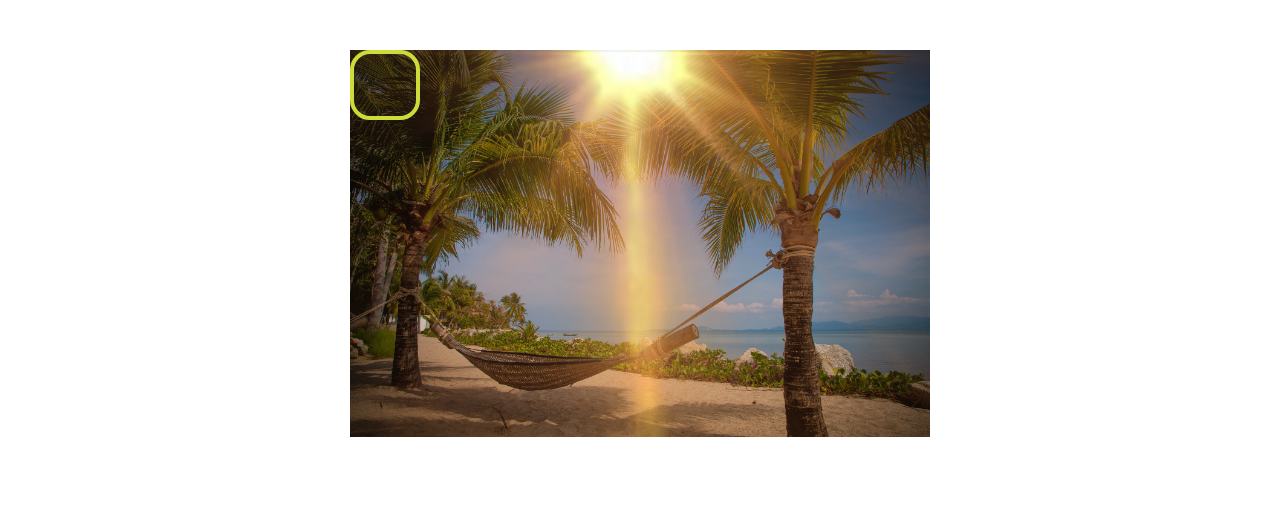
Repository: NadiaSchmitz/wetter.githab.io
Page: index.html
The author's editor kept a record of every edit. The page is drawn from the files as they stood at one moment, then again after the next edit.
The browser window is 1280 px wide. The pictures show the whole page.

Above is the page before.

After the next edit:
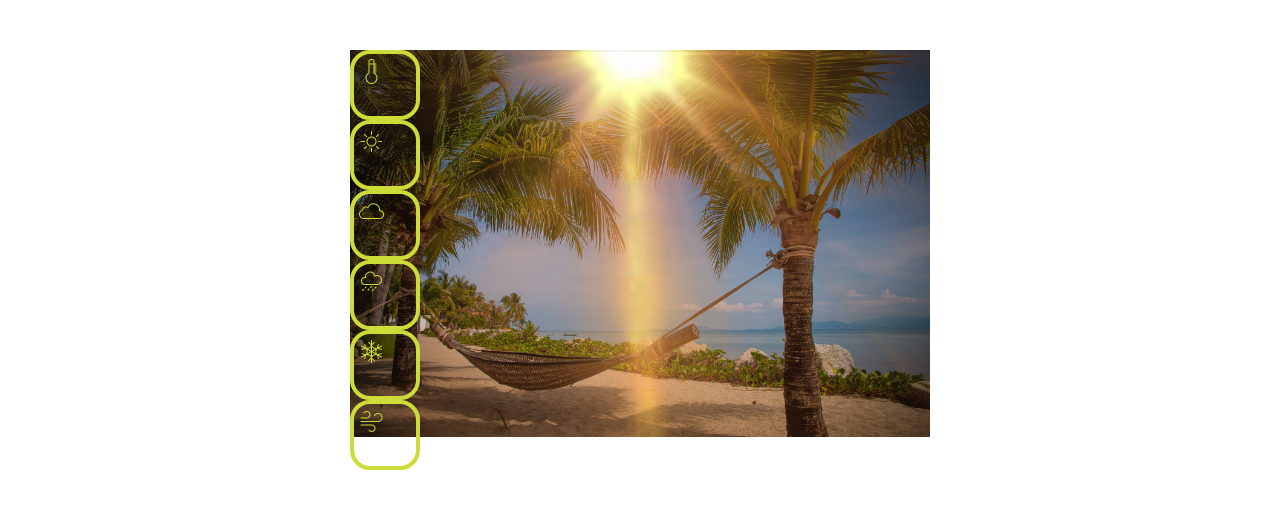
The edit:
--- a/index.html
+++ b/index.html
@@ -21,13 +21,13 @@
     <section class="inner_wrapper">
       <div class="weather">
         <div class="layout"></div>
-        <div class="status">
-          <div class="status_temperature"></div>
-          <div class="status_sun"></div>
-          <div class="status_clouds"></div>
-          <div class="status_rain"></div>
-          <div class="status_snow"></div>
-          <div class="status_wind"></div>
+        <div class="status_wrapper">
+          <div class="status status_temperature"></div>
+          <div class="status status_sun"></div>
+          <div class="status status_clouds"></div>
+          <div class="status status_rain"></div>
+          <div class="status status_snow"></div>
+          <div class="status status_wind"></div>
         </div>
       </div>
     </section>
